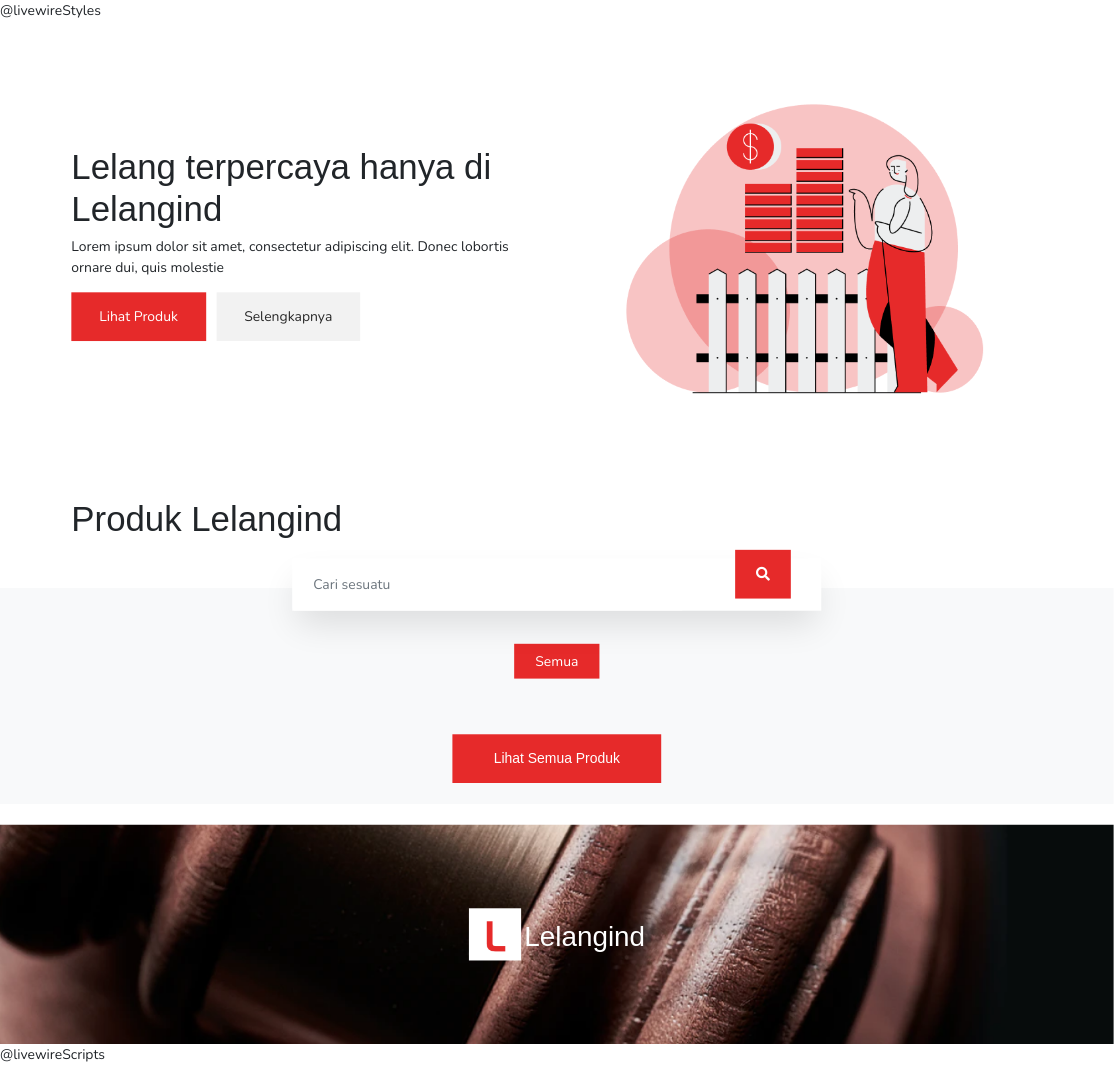
Repository: khulqu15/lelangyuk
Page: http://localhost/
The author's editor kept a copy of each file at every save. The page is drawn from the files as they stood at one save, then again after the next save.
The browser window is 1280 px wide. The pictures show the whole page, at 87% of full size.
Backgrounds fixed to the window are drawn as part of the page. Some web fonts or font styles are not loaded; a fallback is used. The page is served by the project's Laravel application, run on PHP 8.4 with Laravel 8. Queries for data that is not in the repository find no rows.

Above is the page before, as saved 2021-02-15 16:03:27.

After the next save:
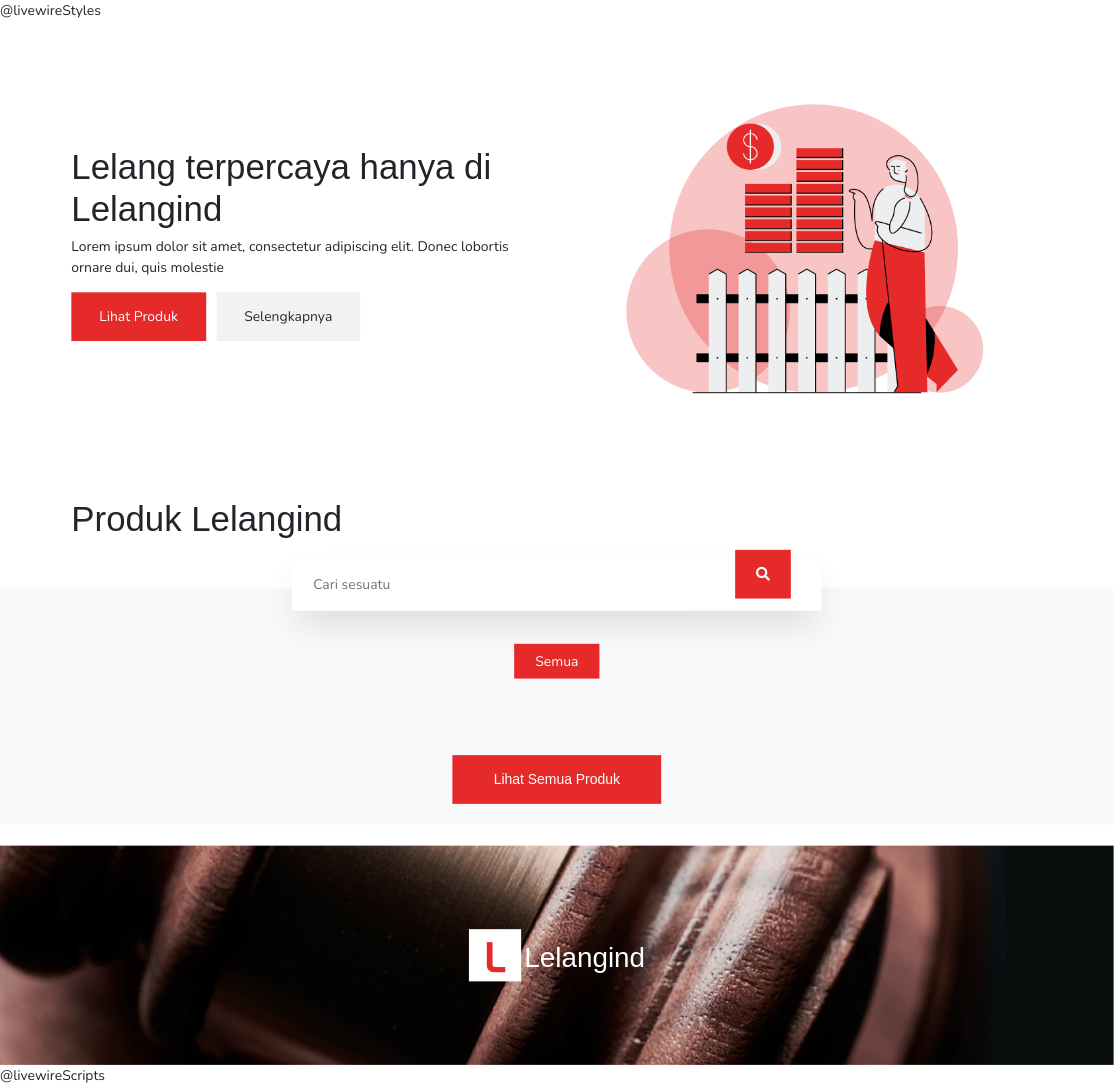
Saved 7 s later.
--- a/resources/views/welcome.blade.php
+++ b/resources/views/welcome.blade.php
@@ -81,7 +81,7 @@
                 </div>
             </div>
             @endforeach
-            <div class="col-12 text-center py-4">
+            <div class="col-12 text-center py-4 mt-4">
                 <button class="btn btnm-primary px-5 py-3 viga">Lihat Semua Produk</button>
             </div>
         </div>
